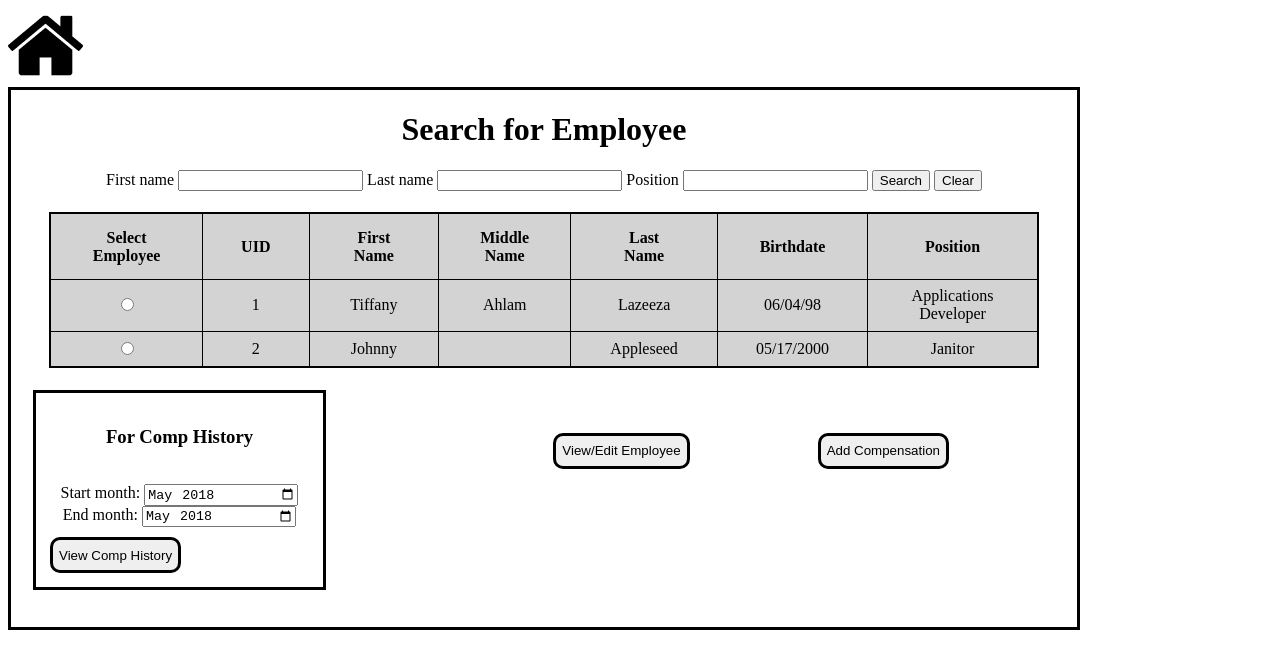
Repository: ticross18/SpringBootEmployeeSystem
Page: http://localhost/searchEmp
The author's editor kept a copy of each file at every save. The page is drawn from the files as they stood at one save, then again after the next save.
The browser window is 1280 px wide. The pictures show the whole page.
The page is this project's Thymeleaf template; nobody is signed in. The template is opened directly, without the code that normally fills it, so the values that code supplies are empty.

Above is the page before, as saved 2022-05-17 18:20:31.

After the next save:
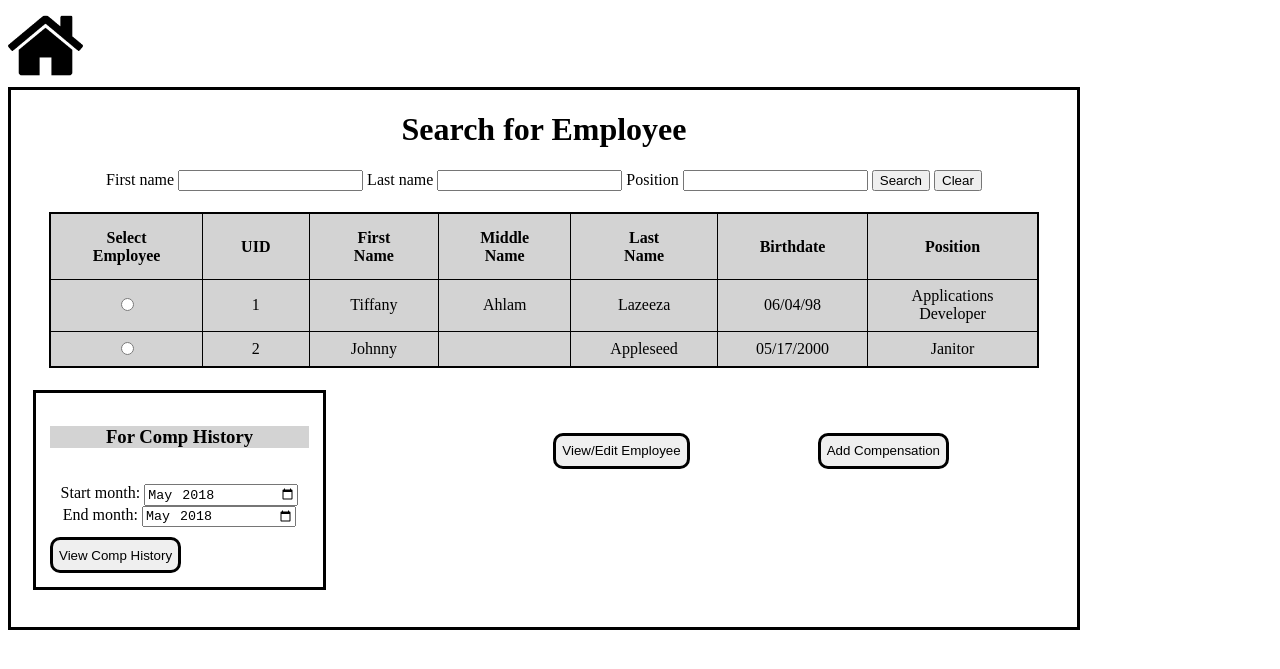
Saved 12 s later.
--- a/EmploymentSystem/src/main/resources/static/css/screens.css
+++ b/EmploymentSystem/src/main/resources/static/css/screens.css
@@ -98,7 +98,7 @@
   cursor: pointer;
 }
 
-#compHist h3 {
+h3 {
 	background-color: lightgrey;
 
 }

After the save that followed:
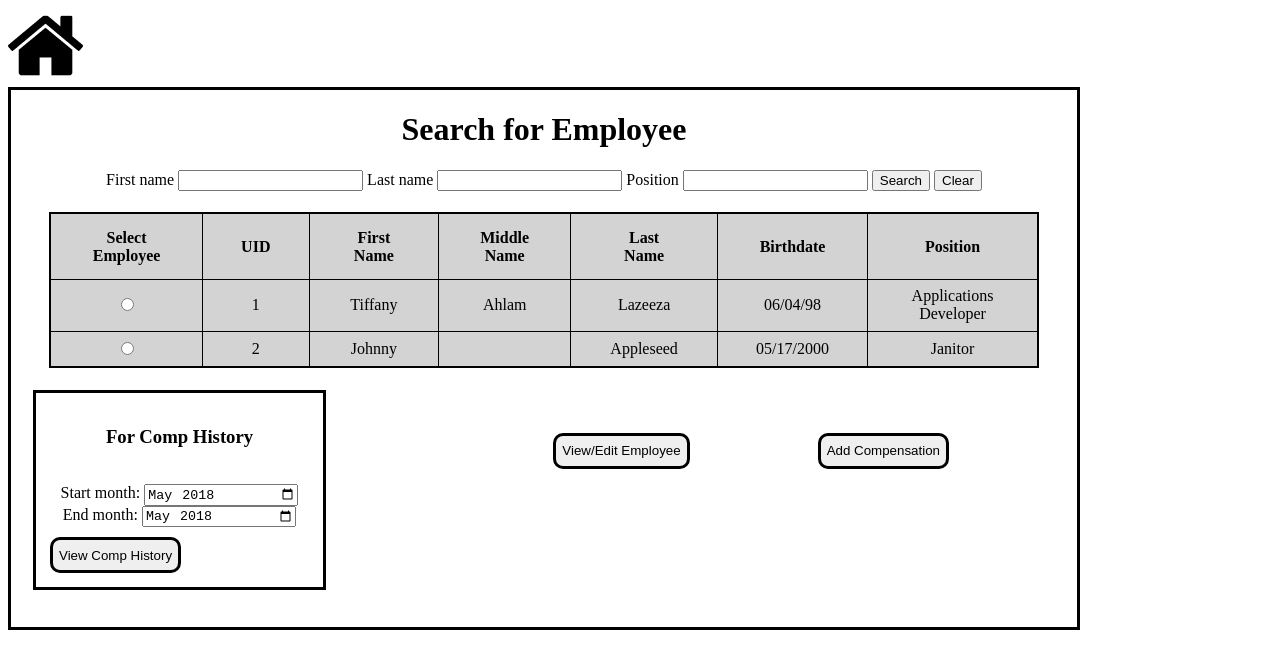
Saved 4 s later.
--- a/EmploymentSystem/src/main/resources/static/css/screens.css
+++ b/EmploymentSystem/src/main/resources/static/css/screens.css
@@ -97,8 +97,3 @@
   background-color: white;
   cursor: pointer;
 }
-
-h3 {
-	background-color: lightgrey;
-
-}
